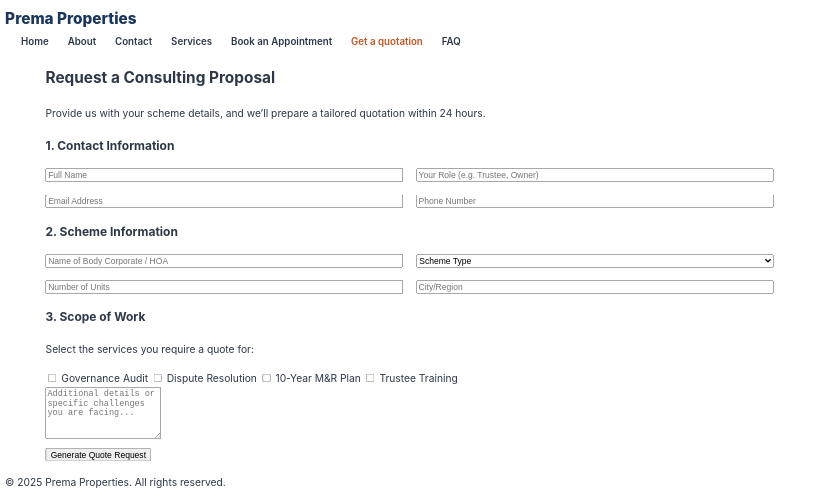
Repository: mnqobiMenzi/Prema-Properties
Page: quote.html
An editor plug-in stored every save of this project. The page is shown before and after the next save, followed by the edit.
The browser window is 1280 px wide. The pictures show the whole page, at 64% of full size.

Above is the page before, as saved 2026-02-10 12:46:59.

After the next save:
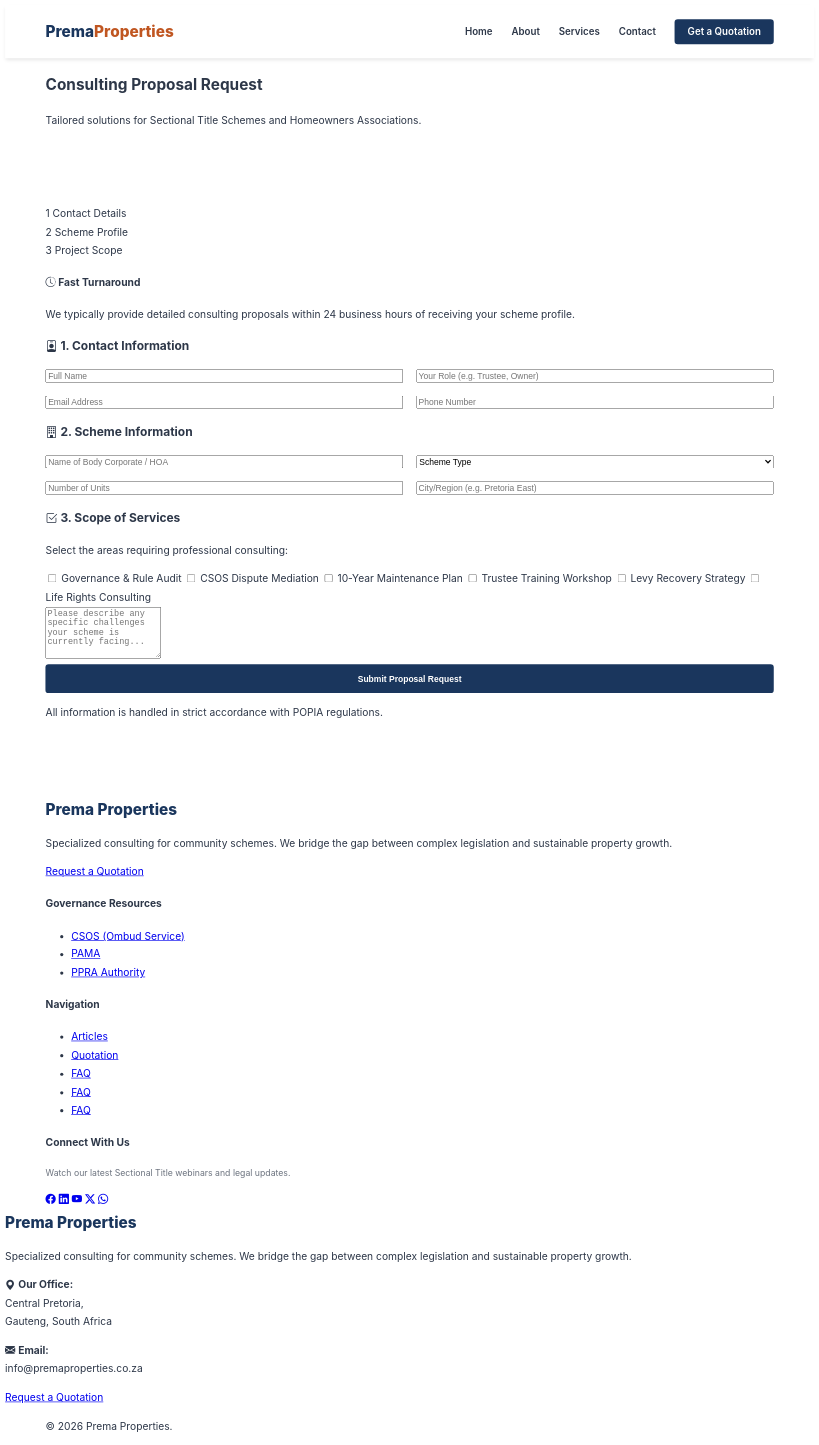
Saved 75 s later.
--- a/quote.html
+++ b/quote.html
@@ -3,83 +3,105 @@
 <head>
   <meta charset="UTF-8">
   <meta name="viewport" content="width=device-width, initial-scale=1.0">
-  <title>Prema Properties</title>
+  <title>Get a Quotation | Prema Properties</title>
   <link rel="stylesheet" href="CSS/style.css">
+  <link rel="stylesheet" href="https://cdn.jsdelivr.net/npm/bootstrap-icons@1.13.1/font/bootstrap-icons.min.css">
 </head>
 <body>
 
-  <!-- Header / Navigation -->
-  <header>
-    <div class="logo">Prema Properties</div>
-    <nav>
-      <a href="index.html">Home</a>
-      <a href="about-us.html">About</a>
-      <a href="contact-us.html">Contact</a>
-      <a href="services.html">Services</a>
-      <a href="appointment.html">Book an Appointment</a>
-      <a href="#quote"  class="active">Get a quotation</a>
-      <a href="FAQ.html">FAQ</a>
-    </nav>
+  <header class="main-header">
+    <div class="container header-flex">
+      <div class="logo">Prema<span>Properties</span></div>
+      <nav>
+        <a href="index.html">Home</a>
+        <a href="about-us.html">About</a>
+        <a href="services.html">Services</a>
+        <a href="contact-us.html">Contact</a>
+        <a href="quote.html" class="active nav-btn">Get a Quotation</a>
+      </nav>
+    </div>
   </header>
 
-<section class="quote-page container reveal">
-    <div class="quote-header">
-      <h1>Request a Consulting Proposal</h1>
-      <p>Provide us with your scheme details, and we’ll prepare a tailored quotation within 24 hours.</p>
+  <section class="quote-hero-v2">
+    <div class="container">
+      <h1>Consulting Proposal Request</h1>
+      <p>Tailored solutions for Sectional Title Schemes and Homeowners Associations.</p>
     </div>
+  </section>
 
-    <div class="quote-container">
-      <form id="quoteForm">
+  <section class="section-padding">
+    <div class="container">
+      <div class="quote-wrapper">
 
-        <div class="form-section">
-          <h3>1. Contact Information</h3>
-          <div class="form-row">
-            <input type="text" placeholder="Full Name" required>
-            <input type="text" placeholder="Your Role (e.g. Trustee, Owner)" required>
+        <div class="quote-sidebar">
+          <div class="step-guide">
+            <div class="step active"><span>1</span> Contact Details</div>
+            <div class="step"><span>2</span> Scheme Profile</div>
+            <div class="step"><span>3</span> Project Scope</div>
           </div>
-          <div class="form-row">
-            <input type="email" placeholder="Email Address" required>
-            <input type="tel" placeholder="Phone Number" required>
+          <div class="quote-note">
+            <h4><i class="bi bi-clock-history"></i> Fast Turnaround</h4>
+            <p>We typically provide detailed consulting proposals within 24 business hours of receiving your scheme profile.</p>
           </div>
         </div>
 
-        <div class="form-section">
-          <h3>2. Scheme Information</h3>
-          <div class="form-row">
-            <input type="text" placeholder="Name of Body Corporate / HOA" required>
-            <select required>
-              <option value="" disabled selected>Scheme Type</option>
-              <option value="res">Residential</option>
-              <option value="comm">Commercial</option>
-              <option value="mixed">Mixed-Use</option>
-            </select>
-          </div>
-          <div class="form-row">
-            <input type="number" placeholder="Number of Units" required>
-            <input type="text" placeholder="City/Region">
-          </div>
+        <div class="quote-form-card">
+          <form id="quoteForm">
+
+            <div class="form-section">
+              <h3><i class="bi bi-person-badge"></i> 1. Contact Information</h3>
+              <div class="form-row">
+                <input type="text" placeholder="Full Name" required>
+                <input type="text" placeholder="Your Role (e.g. Trustee, Owner)" required>
+              </div>
+              <div class="form-row">
+                <input type="email" placeholder="Email Address" required>
+                <input type="tel" placeholder="Phone Number" required>
+              </div>
+            </div>
+
+            <div class="form-section">
+              <h3><i class="bi bi-building"></i> 2. Scheme Information</h3>
+              <div class="form-row">
+                <input type="text" placeholder="Name of Body Corporate / HOA" required>
+                <select required>
+                  <option value="" disabled selected>Scheme Type</option>
+                  <option value="res">Residential Sectional Title</option>
+                  <option value="comm">Commercial Scheme</option>
+                  <option value="mixed">Mixed-Use Development</option>
+                  <option value="retirement">Retirement Village</option>
+                </select>
+              </div>
+              <div class="form-row">
+                <input type="number" placeholder="Number of Units" required>
+                <input type="text" placeholder="City/Region (e.g. Pretoria East)">
+              </div>
+            </div>
+
+            <div class="form-section">
+              <h3><i class="bi bi-check2-square"></i> 3. Scope of Services</h3>
+              <p class="form-hint">Select the areas requiring professional consulting:</p>
+              <div class="checkbox-grid">
+                <label class="check-item"><input type="checkbox"> Governance & Rule Audit</label>
+                <label class="check-item"><input type="checkbox"> CSOS Dispute Mediation</label>
+                <label class="check-item"><input type="checkbox"> 10-Year Maintenance Plan</label>
+                <label class="check-item"><input type="checkbox"> Trustee Training Workshop</label>
+                <label class="check-item"><input type="checkbox"> Levy Recovery Strategy</label>
+                <label class="check-item"><input type="checkbox"> Life Rights Consulting</label>
+              </div>
+              <textarea placeholder="Please describe any specific challenges your scheme is currently facing..." rows="5"></textarea>
+            </div>
+
+            <button type="submit" class="submit-btn-v2">Submit Proposal Request</button>
+            <p class="form-footer-note">All information is handled in strict accordance with POPIA regulations.</p>
+          </form>
         </div>
 
-        <div class="form-section">
-          <h3>3. Scope of Work</h3>
-          <p class="form-hint">Select the services you require a quote for:</p>
-          <div class="checkbox-grid">
-            <label><input type="checkbox" name="service" value="compliance"> Governance Audit</label>
-            <label><input type="checkbox" name="service" value="dispute"> Dispute Resolution</label>
-            <label><input type="checkbox" name="service" value="financial"> 10-Year M&R Plan</label>
-            <label><input type="checkbox" name="service" value="training"> Trustee Training</label>
-          </div>
-          <textarea placeholder="Additional details or specific challenges you are facing..." rows="5"></textarea>
-        </div>
-
-        <button type="submit" class="submit-btn">Generate Quote Request</button>
-      </form>
+      </div>
     </div>
   </section>
-  <!-- Footer -->
-  <footer>
-    <p>© 2025 Prema Properties. All rights reserved.</p>
-  </footer>
 
+  <div id="footer-placeholder"></div>
+  <script src="JavaScript/script.js"></script>
 </body>
 </html>
